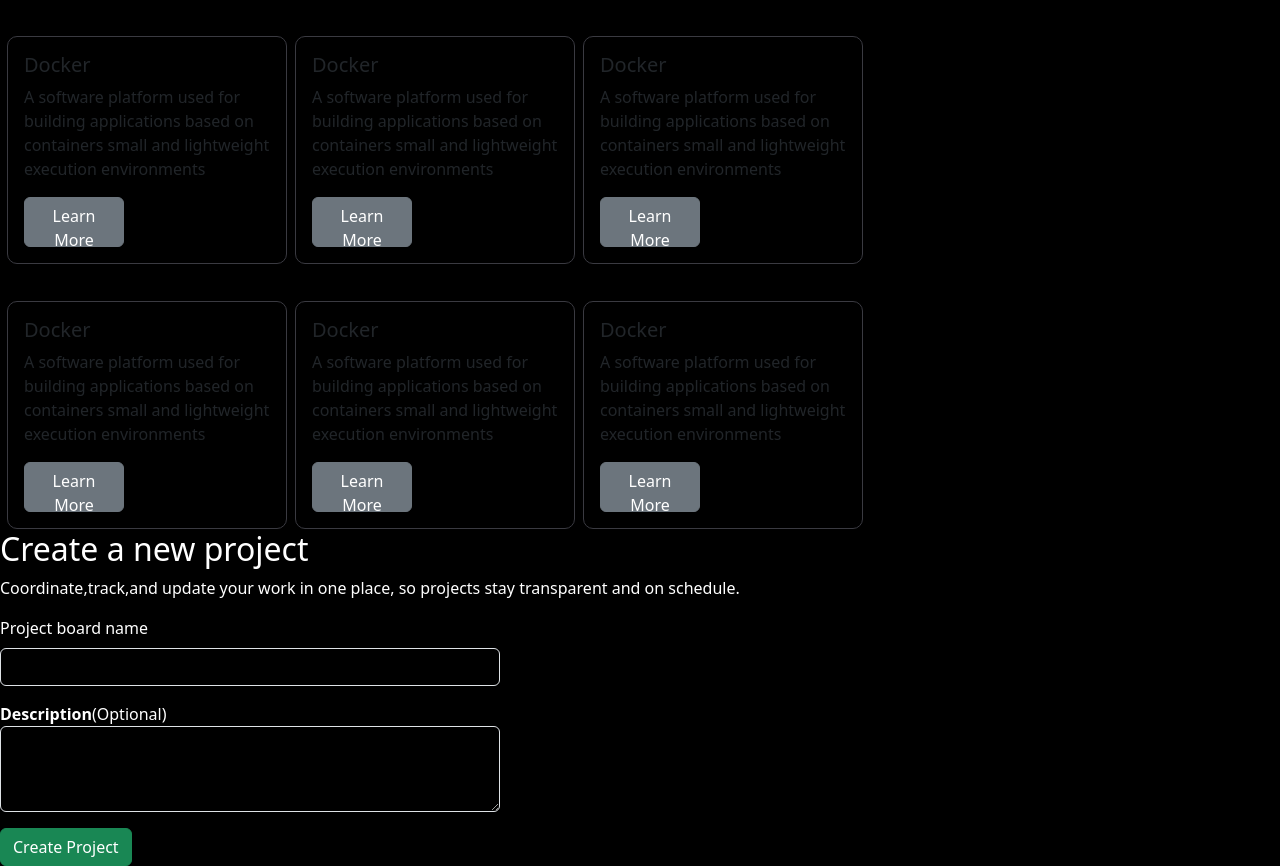
Repository: NSS-Evening-25-Cohort/e25-gitsub-control-alt-defeat
Page: index.html
An editor plug-in stored every save of this project. The page is shown before and after the next save, followed by the edit.
The browser window is 1280 px wide. The pictures show the whole page.

Above is the page before, as saved 2023-11-07 19:28:30.

### index.html
<!DOCTYPE html>
<html lang="en">
  <head>
    <meta charset="UTF-8" />
    <meta name="viewport" content="width=device-width, initial-scale=1.0" />
    <link
      rel="stylesheet"
      href="https://cdn.jsdelivr.net/npm/bootstrap@5.3.2/dist/css/bootstrap.min.css"
    />
    <link rel="stylesheet" href="main.css" />
    <title>Document</title>
  </head>
  <body>
    <div id="app2"></div>
    <div id="app1"></div>
    <script src="	https://cdn.jsdelivr.net/npm/bootstrap@5.3.2/dist/js/bootstrap.bundle.min.js"></script>
    <div class="packageHeader"><h2>Create a new project</h2>
      <p>Coordinate,track,and update your work in one place, so projects stay transparent and on schedule.</p>
    </div>

    <form>
        <div class="mb-3">
        <label for="exampleInputEmail1" class="form-label" id="boardName">Project board name</label>
        <input type="text" class="form-control" class="packageForm" id="projectBoardName" aria-describedby="emailHelp">
      </div>
      <div class="form-group mb-3">
        <label for="exampleFormControlTextarea1" id="descriptionName" class="packageForm"><B>Description</B>(Optional)</label>
        <textarea class="form-control" id="projectDescription" rows="3"></textarea>
      </div>
      </div>
      <button type="submit" class="btn btn-success">Create Project</button>
    </form>

    <script src="main.js"></script>

  </body>
</html>

### main.css
body {
  background-color: black;
}

#app1{
  flex-wrap: wrap;
  display: flex;
  width: 900px;
}

.mb-3{
  width:500px;
  color: white;
}

.packageHeader{
  color:white;
}

.card-body{
  border: solid rgb(58, 58, 65) 1px;
  border-radius: 10px;
  background-color:black;
}

.card{
  background-color:transparent;
  padding-left: 6px;
  padding-top: 35px;
}

.form-control{
  background-color:transparent;
}

.btn-secondary{
  width: 100px;
  height: 50px;
}

### main.js
const packageCards =[
  {
    id: 1,
    name: "Docker",
    info: "A software platform used for building applications based on containers small and lightweight execution environments",
  },
  {
    id: 2,
    name: "Docker",
    info: "A software platform used for building applications based on containers small and lightweight execution environments"
  },
  {
    id: 3,
    name: "Docker",
    info: "A software platform used for building applications based on containers small and lightweight execution environments"
  },
  {
    id: 4,
    img: "image",
    name: "Docker",
    info: "A software platform used for building applications based on containers small and lightweight execution environments"
  },
  {
    id: 5,
    imageURL: "https://www.google.com/url?sa=i&url=https%3A%2F%2Fwww.creativebloq.com%2Fnews%2Ftwitter-logo-history&psig=AOvVaw3y8LYKl_CxiwL2W_oTsGUa&ust=1699413723681000&source=images&cd=vfe&ved=0CBEQjRxqFwoTCKD7mcz3sIIDFQAAAAAdAAAAABAE",
    name: "Docker",
    info: "A software platform used for building applications based on containers small and lightweight execution environments"
  },
  {
    id: 6,
    name: "Docker",
    info: "A software platform used for building applications based on containers small and lightweight execution environments"
  },
];

const app1 = document.querySelector("#app1");
const app2 = document.querySelector("#app2");

const renderToDom = (packageCards) =>{

  let domString = "";

  for(let card of packageCards){
    domString += `<div class="card" style="width: 18rem;">
    <div class="card-body">
      <h5>${card.name}</h5>
      <p class="card-text">${card.info}</p>
      <button type="button" class="btn btn-secondary">Learn More</button>
    </div>
  </div>`
  }
  const app1 = document.querySelector("#app1")
  app1.innerHTML = domString
}
renderToDom(packageCards)


const form = document.querySelector("form");

const createPackage = (event) =>{
  event.preventDefault();

  const newPackage = {
    id: packageCards.length +1,
    name: document.querySelector("#projectBoardName").value,
    info: document.querySelector("#projectDescription").value,
  }
  packageCards.push(newPackage);
  renderToDom(packageCards);
  form.reset();
}
form.addEventListener("submit", createPackage)

After the next save:
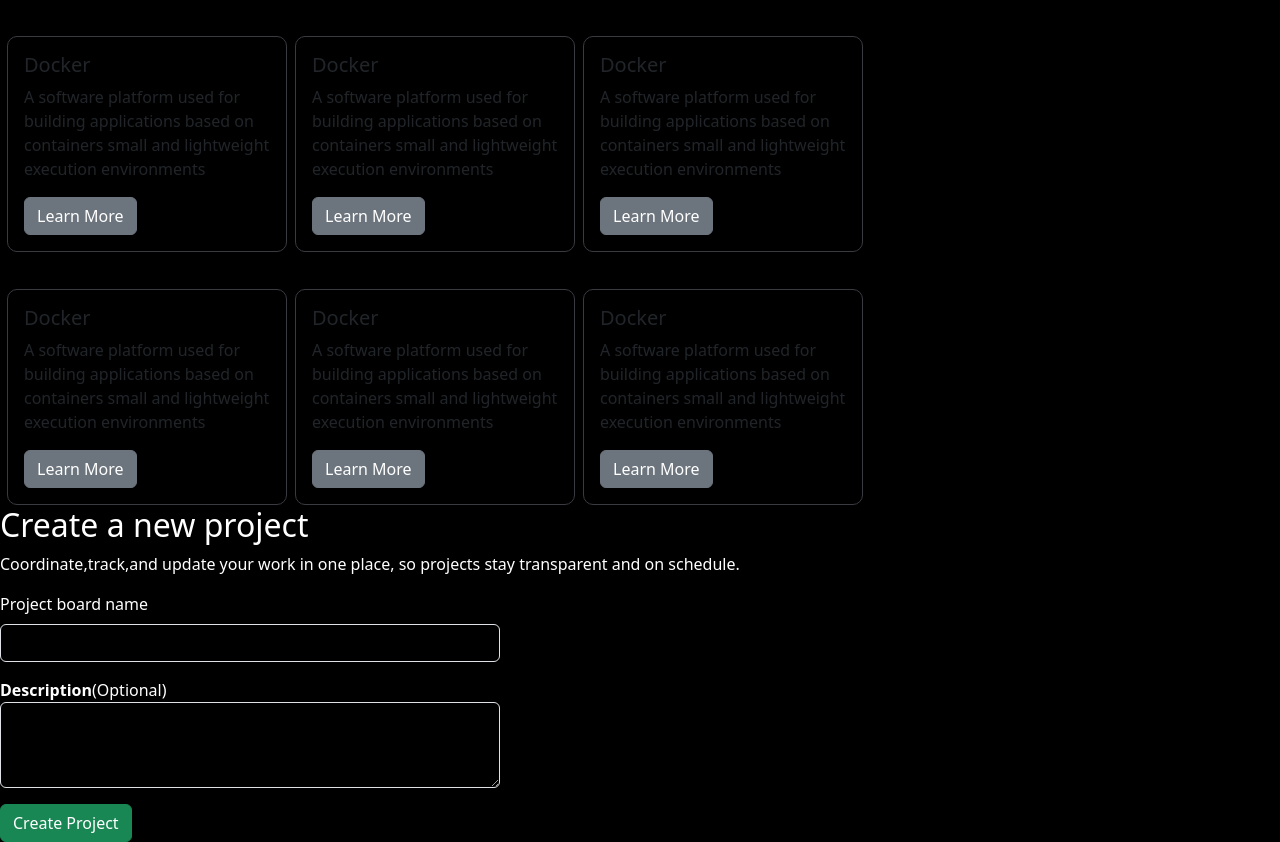
Saved 7 s later.
--- a/main.css
+++ b/main.css
@@ -34,6 +34,5 @@
 }
 
 .btn-secondary{
-  width: 100px;
-  height: 50px;
+
 }
